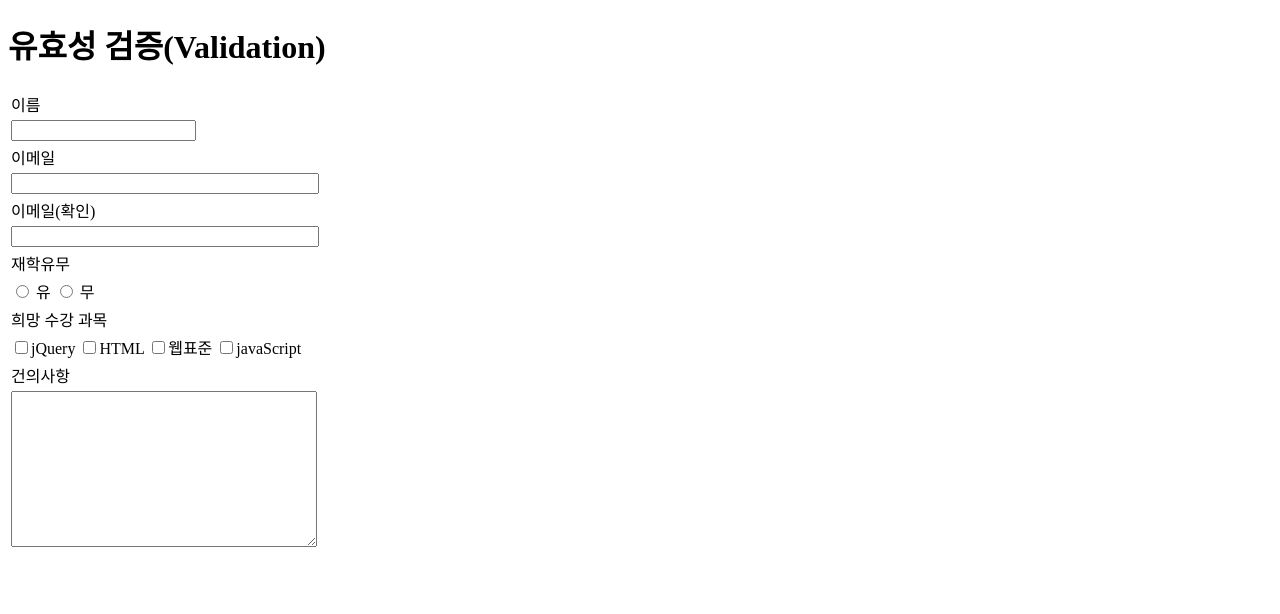
Repository: brotherdoor/myworkplace
Page: http://localhost/AjaxWithXML/validation.jsp
An editor plug-in stored every save of this project. The page is shown before and after the next save, followed by the edit.
The browser window is 1280 px wide. The pictures show the whole page.
Some web libraries are served in a nearby version. The page is served by Tomcat 9. Other server files are loaded and not shown.

Above is the page before, as saved 2017-03-10 02:44:28.

### mybatis/AjaxWithXML/WebContent/validation.jsp
<%@ page language="java" contentType="text/html; charset=EUC-KR"
    pageEncoding="EUC-KR"%>
<!DOCTYPE html PUBLIC "-//W3C//DTD HTML 4.01 Transitional//EN" "http://www.w3.org/TR/html4/loose.dtd">
<html>
<head>
<meta http-equiv="Content-Type" content="text/html; charset=EUC-KR">
<title>Insert title here</title>
<script type="text/javascript"
	src="https://ajax.googleapis.com/ajax/libs/jquery/3.1.1/jquery.min.js"></script>
</head>
<body>
	<h1>유효성 검증(Validation)</h1>
	<form action="#">
		<table>
			<tr><td>이름</td></tr>
			<tr><td><input type="text" id="name"></td></tr>
			<tr><td>이메일</td></tr>
			<tr><td><input type="text" id="name" style="width: 300px"></td></tr>
			<tr><td>이메일(확인)</td></tr>
			<tr><td><input type="text" id="name" style="width: 300px"></td></tr>
			<tr><td>재학유무</td></tr>
			<tr><td>
				<input type="radio" name="school" id="yes">
                    <label for="yes">유</label>
                <input type="radio" name="school" id="no">
                    <label for="no">무</label>
			</td></tr>
			<tr><td>희망 수강 과목</td></tr>
			<tr><td>
				<input type="checkbox"><label>jQuery</label>
				<input type="checkbox"><label>HTML</label>
				<input type="checkbox"><label>웹표준</label>
				<input type="checkbox"><label>javaScript</label>
			</td></tr>
			<tr><td>건의사항</td></tr>
			<tr><td><textarea id="wish" style="width: 300px; height: 150px"></textarea></td></tr>
		</table>
	</form>

</body>
</html>

After the next save:
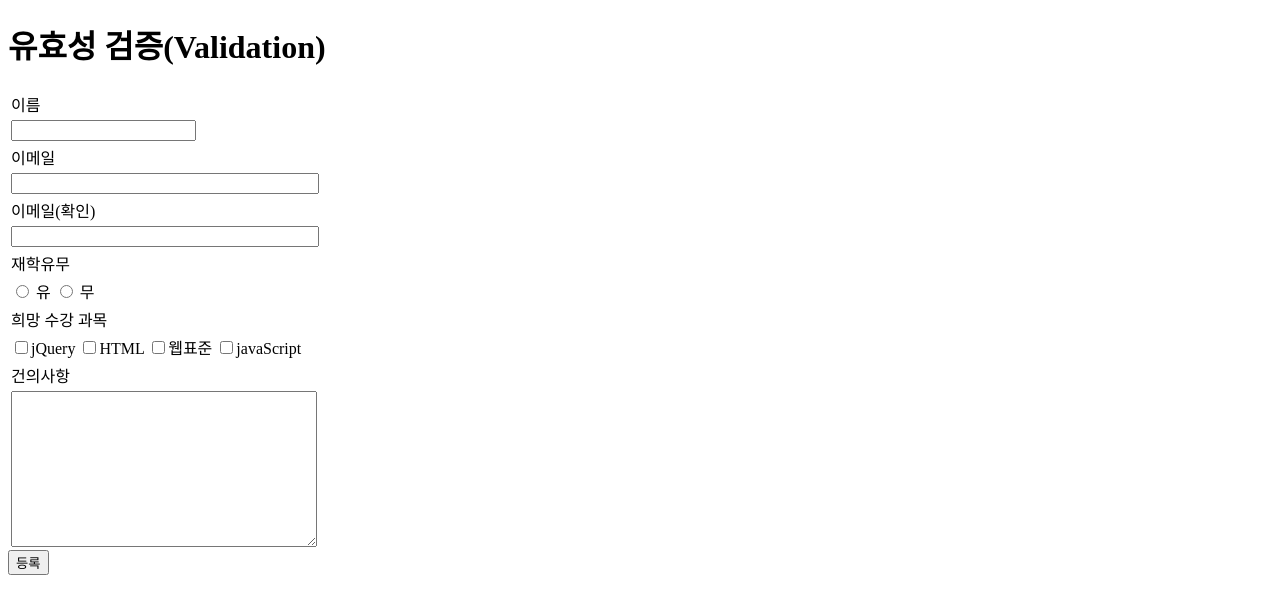
Console error: SyntaxError: Unexpected token '}'
Saved 4 min 54 s later.
--- a/mybatis/AjaxWithXML/WebContent/validation.jsp
+++ b/mybatis/AjaxWithXML/WebContent/validation.jsp
@@ -7,6 +7,11 @@
 <title>Insert title here</title>
 <script type="text/javascript"
 	src="https://ajax.googleapis.com/ajax/libs/jquery/3.1.1/jquery.min.js"></script>
+	<script type="text/javascript">
+		$(document).ready(function(){
+			$("#name").
+		})
+	</script>
 </head>
 <body>
 	<h1>유효성 검증(Validation)</h1>
@@ -35,6 +40,7 @@
 			<tr><td>건의사항</td></tr>
 			<tr><td><textarea id="wish" style="width: 300px; height: 150px"></textarea></td></tr>
 		</table>
+		<input type="submit" value="등록">
 	</form>
 
 </body>
